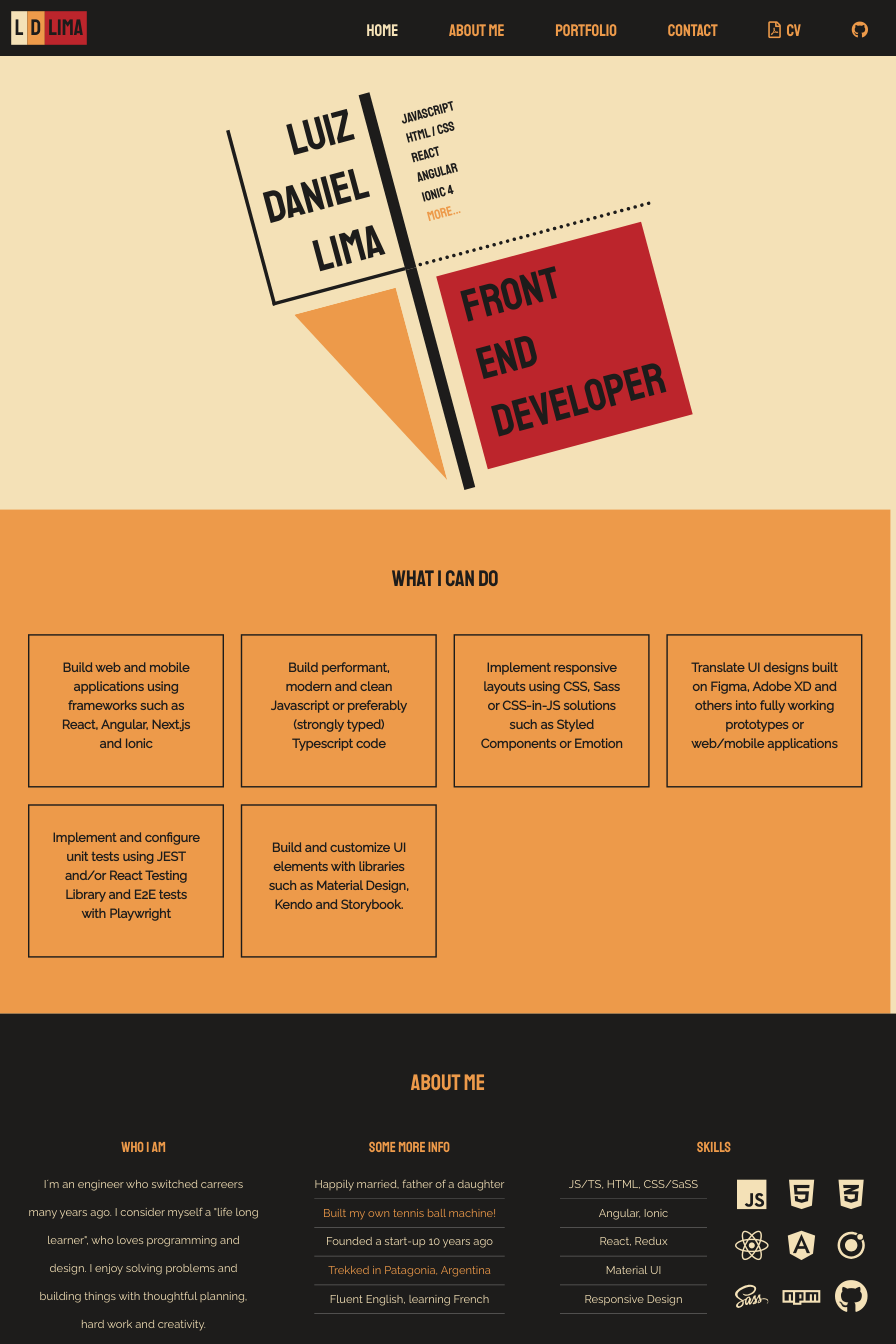
Repository: luizdanielmlima/myWebsite
Page: dist/index.html
These files come from the project's save history. The page is drawn as it stood at one moment and after the next save; the edit follows.
The browser window is 1280 px wide. The pictures show the part of the page from y = 0 to 1920 px (the page is 3835 px tall), at 70% of full size.
Some web libraries are served in a nearby version.

Above is the page before, as saved 2023-01-04 09:02:09.

After the next save:
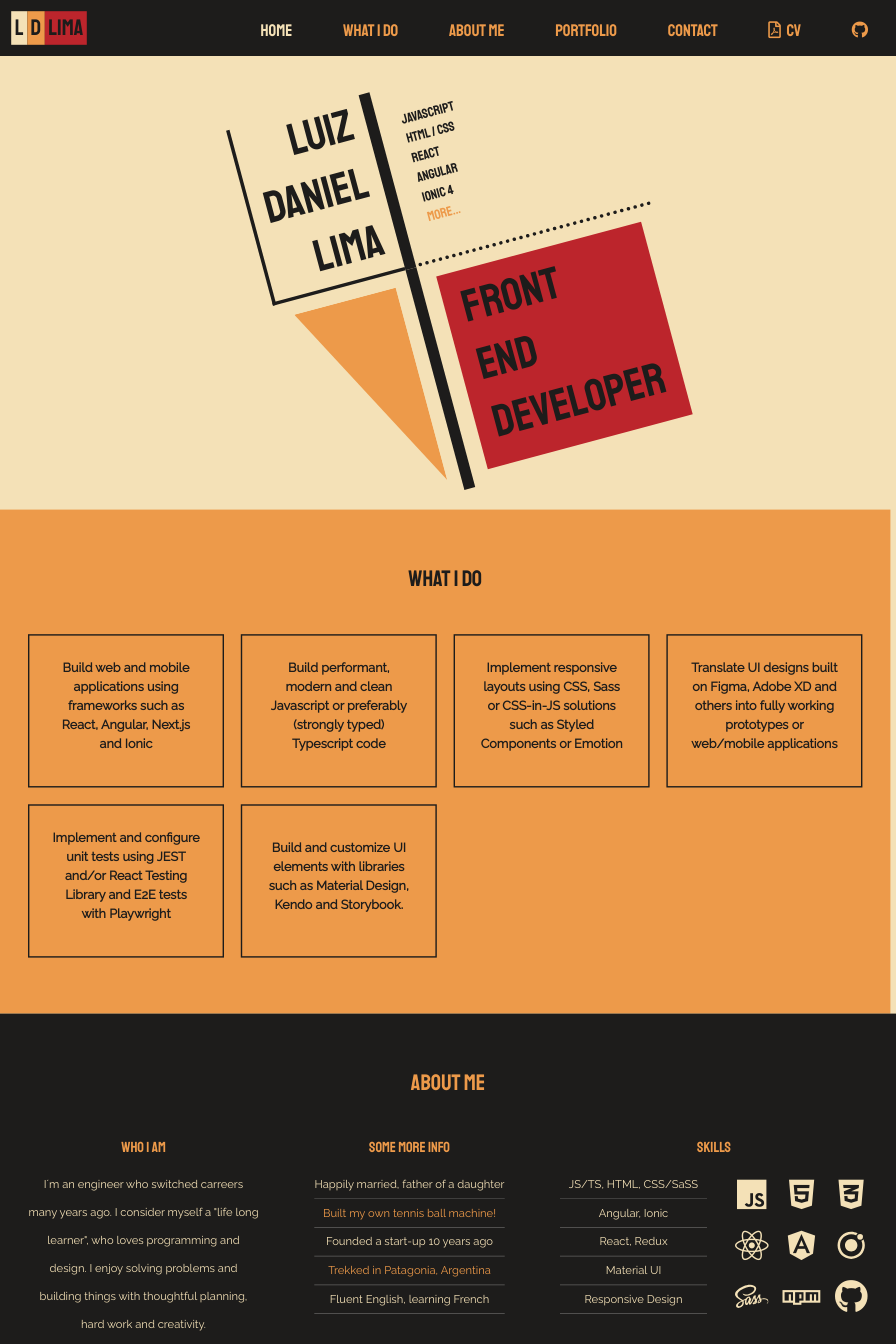
Saved 78 s later.
--- a/dist/index.html
+++ b/dist/index.html
@@ -46,6 +46,9 @@
         <div class="menu-links">
           <ul class="menu-links-ul">
             <li><a href="#home" id="nav-home">Home</a></li>
+            <li>
+              <a href="#whaticando" id="nav-about">What I Do</a>
+            </li>
             <li><a href="#about" id="nav-about">About Me</a></li>
             <li>
               <a href="#portfolio" id="nav-portfolio">Portfolio</a>
@@ -111,7 +114,7 @@
     <!-- SECTION: WHAT I CAN DO -->
     <section class="section whaticando">
       <h2 class="section-title" id="contact" data-obs="contact">
-        What I can Do
+        What I Do
       </h2>
       <div class="abilities">
         <div class="ability">
